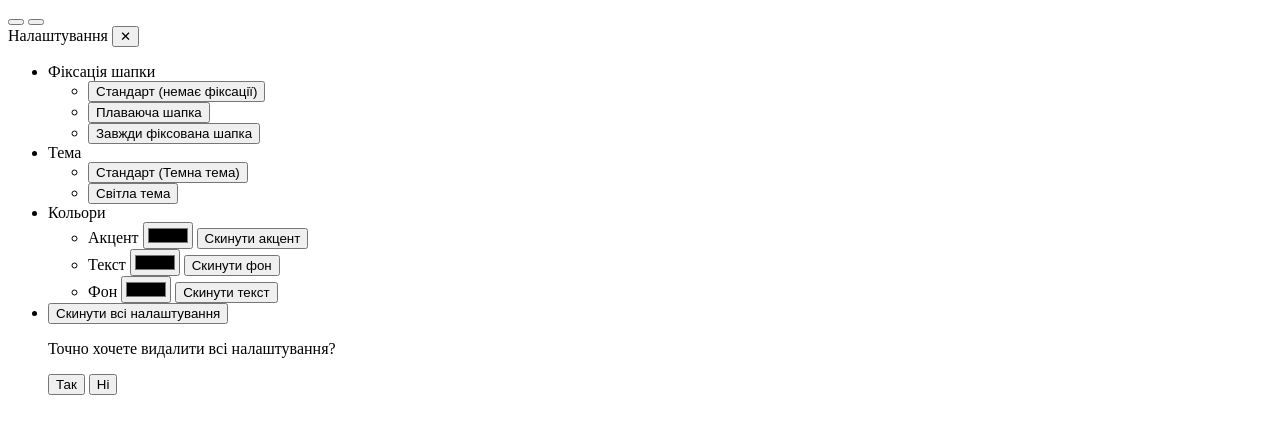
Repository: BogdanLazebnika/bogdanelo
Page: components/options.html
An editor plug-in stored every save of this project. The page is shown before and after the next save, followed by the edit.
The browser window is 1280 px wide. The pictures show the whole page.

Above is the page before, as saved 2025-08-05 15:27:35.

### components/options.html
<div class="button-open-options-container">
  <div class="button-open-options-container-content">


    <div class="button-options-container">

        <div class="vertical-line-options"></div>


        <button class="button-open-options-button">
            <div id="button-open-options-button-icon"></div>
        </button>

        <button class="button-hide-button-options-icon">
            <div id="button-hide-button-options-icon"></div>
        </button>
    </div>

    <div id="draggable-options" class="button-open-options-list hidden">
        <div class="settings-panel-header">
            <span>Налаштування</span>
            <button onclick="closeSettingsPanel()">✕</button>
        </div>
      <ul class="button-open-options-list-list-one-level">

        <!-- FixedHeader -->
        <li class="button-open-options-list-item">
          <span>Фіксація шапки</span>
          <ul class="button-open-options-list-list-two-level">
            <li><button onclick="updateUserSetting('fixedHeader', undefined)">Стандарт (немає фіксації)</button></li>
            <li><button onclick="updateUserSetting('fixedHeader', true)">Плаваюча шапка</button></li>
            <li><button onclick="updateUserSetting('fixedHeader', 'always')">Завжди фіксована шапка</button></li>
          </ul>
        </li>

        <!-- Theme -->
        <li class="button-open-options-list-item">
          <span>Тема</span>
          <ul class="button-open-options-list-list-two-level">
            <li><button onclick="updateUserSetting('theme', undefined)">Стандарт (Темна тема)</button></li>
            <li><button onclick="updateUserSetting('theme', 'light')">Світла тема</button></li>
          </ul>
        </li>

        <!-- Accent Color -->
        <li class="button-open-options-list-item">
          <span>Кольори</span>
          <ul class="button-open-options-list-list-two-level">
            <li>
              <span>Акцент</span>
              <input type="color" id="accentColorPicker">
              <button id="accentColorResetBtn">Скинути акцент</button>
            </li>
            <li>
              <span>Текст</span>
              <input type="color" id="backgroundColorPicker">
              <button id="backgroundColorResetBtn">Скинути фон</button>
            </li>
            <li>
              <span>Фон</span>
              <input type="color" id="textColorPicker">
              <button id="textColorResetBtn">Скинути текст</button>
            </li>
          </ul>

        </li>
        <li class="button-open-options-list-item">
          <button id="resetAllSettingsBtn">Скинути всі налаштування</button>

          <!-- Модалка підтвердження -->
          <div id="confirmResetModal" class="modal-clear-options hidden">
            <div class="modal-content-clear-options">
              <p>Точно хочете видалити всі налаштування?</p>
              <div class="modal-buttons-clear-options">
                <button id="confirmResetYes">Так</button>
                <button id="confirmResetNo">Ні</button>
              </div>
            </div>
          </div>
        </li>
      </ul>
    </div>
  </div>
</div>

After the next save:
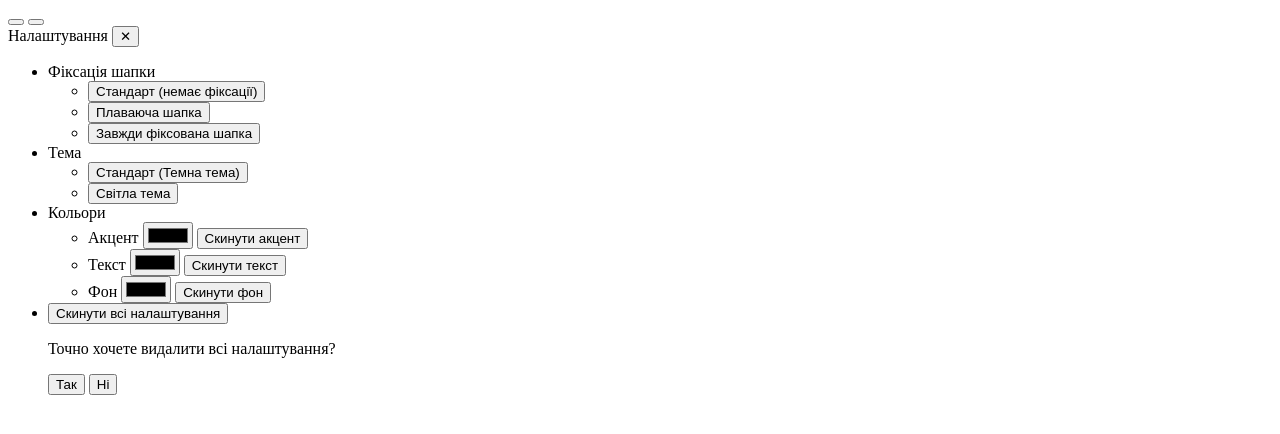
Saved 59 s later.
--- a/components/options.html
+++ b/components/options.html
@@ -34,36 +34,36 @@
         </li>
 
         <!-- Theme -->
-        <li class="button-open-options-list-item">
-          <span>Тема</span>
-          <ul class="button-open-options-list-list-two-level">
-            <li><button onclick="updateUserSetting('theme', undefined)">Стандарт (Темна тема)</button></li>
-            <li><button onclick="updateUserSetting('theme', 'light')">Світла тема</button></li>
-          </ul>
-        </li>
+<li class="button-open-options-list-item">
+  <span>Тема</span>
+  <ul class="button-open-options-list-list-two-level">
+    <li><button id="themeDefaultBtn">Стандарт (Темна тема)</button></li>
+    <li><button id="themeLightBtn">Світла тема</button></li>
+  </ul>
+</li>
 
-        <!-- Accent Color -->
-        <li class="button-open-options-list-item">
-          <span>Кольори</span>
-          <ul class="button-open-options-list-list-two-level">
-            <li>
-              <span>Акцент</span>
-              <input type="color" id="accentColorPicker">
-              <button id="accentColorResetBtn">Скинути акцент</button>
-            </li>
-            <li>
-              <span>Текст</span>
-              <input type="color" id="backgroundColorPicker">
-              <button id="backgroundColorResetBtn">Скинути фон</button>
-            </li>
-            <li>
-              <span>Фон</span>
-              <input type="color" id="textColorPicker">
-              <button id="textColorResetBtn">Скинути текст</button>
-            </li>
-          </ul>
+<!-- Accent Color -->
+<li class="button-open-options-list-item">
+  <span>Кольори</span>
+  <ul class="button-open-options-list-list-two-level">
+    <li>
+      <span>Акцент</span>
+      <input type="color" id="accentColorPicker">
+      <button id="accentColorResetBtn">Скинути акцент</button>
+    </li>
+    <li>
+      <span>Текст</span>
+      <input type="color" id="textColorPicker">
+      <button id="textColorResetBtn">Скинути текст</button>
+    </li>
+    <li>
+      <span>Фон</span>
+      <input type="color" id="backgroundColorPicker">
+      <button id="backgroundColorResetBtn">Скинути фон</button>
+    </li>
+  </ul>
+</li>
 
-        </li>
         <li class="button-open-options-list-item">
           <button id="resetAllSettingsBtn">Скинути всі налаштування</button>
 

After the save that followed:
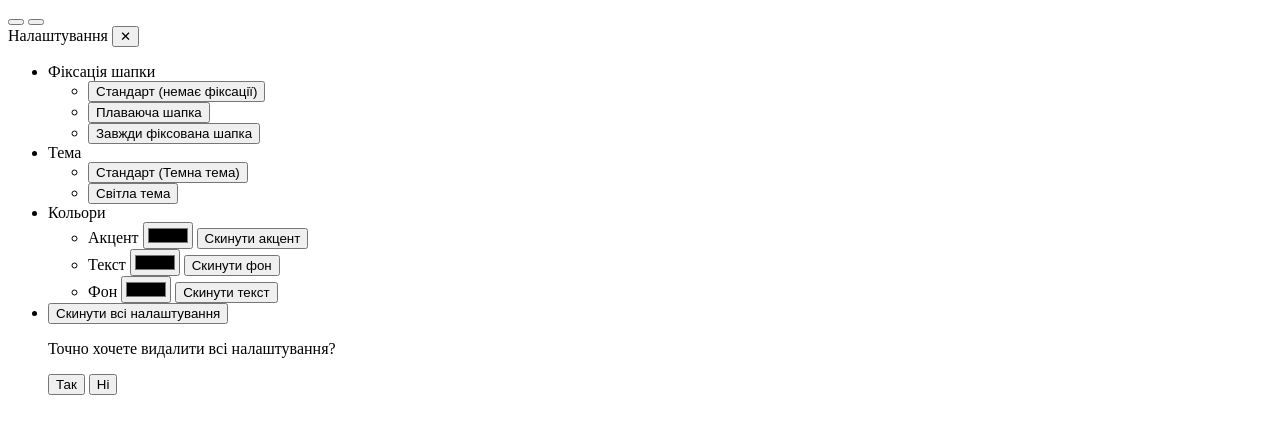
Saved 5 s later.
--- a/components/options.html
+++ b/components/options.html
@@ -34,36 +34,36 @@
         </li>
 
         <!-- Theme -->
-<li class="button-open-options-list-item">
-  <span>Тема</span>
-  <ul class="button-open-options-list-list-two-level">
-    <li><button id="themeDefaultBtn">Стандарт (Темна тема)</button></li>
-    <li><button id="themeLightBtn">Світла тема</button></li>
-  </ul>
-</li>
+        <li class="button-open-options-list-item">
+          <span>Тема</span>
+          <ul class="button-open-options-list-list-two-level">
+            <li><button onclick="updateUserSetting('theme', undefined)">Стандарт (Темна тема)</button></li>
+            <li><button onclick="updateUserSetting('theme', 'light')">Світла тема</button></li>
+          </ul>
+        </li>
 
-<!-- Accent Color -->
-<li class="button-open-options-list-item">
-  <span>Кольори</span>
-  <ul class="button-open-options-list-list-two-level">
-    <li>
-      <span>Акцент</span>
-      <input type="color" id="accentColorPicker">
-      <button id="accentColorResetBtn">Скинути акцент</button>
-    </li>
-    <li>
-      <span>Текст</span>
-      <input type="color" id="textColorPicker">
-      <button id="textColorResetBtn">Скинути текст</button>
-    </li>
-    <li>
-      <span>Фон</span>
-      <input type="color" id="backgroundColorPicker">
-      <button id="backgroundColorResetBtn">Скинути фон</button>
-    </li>
-  </ul>
-</li>
+        <!-- Accent Color -->
+        <li class="button-open-options-list-item">
+          <span>Кольори</span>
+          <ul class="button-open-options-list-list-two-level">
+            <li>
+              <span>Акцент</span>
+              <input type="color" id="accentColorPicker">
+              <button id="accentColorResetBtn">Скинути акцент</button>
+            </li>
+            <li>
+              <span>Текст</span>
+              <input type="color" id="backgroundColorPicker">
+              <button id="backgroundColorResetBtn">Скинути фон</button>
+            </li>
+            <li>
+              <span>Фон</span>
+              <input type="color" id="textColorPicker">
+              <button id="textColorResetBtn">Скинути текст</button>
+            </li>
+          </ul>
 
+        </li>
         <li class="button-open-options-list-item">
           <button id="resetAllSettingsBtn">Скинути всі налаштування</button>
 
